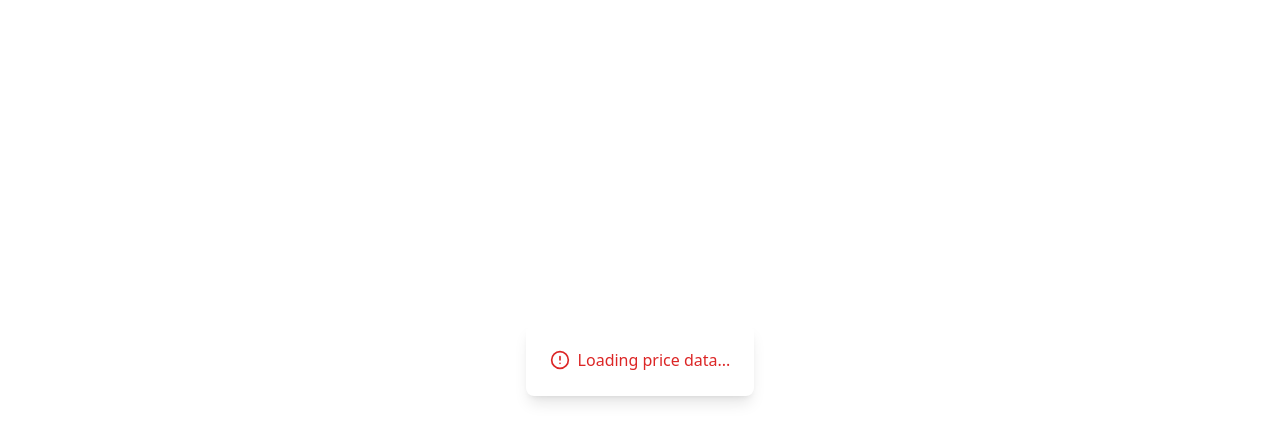
Repository: gpierre004/Stock_Analysis_Dashboard
Page: /
The author's editor kept a copy of each file at every save. The page is drawn from the files as they stood at one save, then again after the next save.
The browser window is 1280 px wide. The pictures show the whole page.
The page's requests for data from a server got no answer. The project was rebuilt for these pictures with package versions that can differ from the ones it lists, and the page was loaded fresh each time. No one was signed in, and anything a server would have sent is missing. Also part of the build but not shown: vite.config.ts, src/components/PriceChart.tsx, src/components/VolumeAnalysis.tsx, src/components/TechnicalSignals.tsx, src/components/common/ErrorCard.tsx, src/components/StockCard.tsx, src/components/CorrelationMatrix.tsx, src/components/Portfolio.tsx.

Above is the page before, as saved 2024-11-17 16:36:44.

### src/App.tsx
import React from 'react';
import { QueryClient, QueryClientProvider } from '@tanstack/react-query';
import { BrowserRouter as Router, Route, Routes } from 'react-router-dom';
import Dashboard from './components/Dashboard';
import Portfolio from './components/Portfolio'; // Import the Portfolio component

const queryClient = new QueryClient({
  defaultOptions: {
    queries: {
      retry: 3,
      staleTime: 30000,
      refetchOnWindowFocus: false,
      refetchOnMount: true,
      onError: (error) => {
        console.error('Query error:', error);
      },
    },
  },
});

function App() {
  return (
    <QueryClientProvider client={queryClient}>
      <Router>
        <Routes>
          <Route path="/" element={<Dashboard />} />
          <Route path="/portfolio" element={<Portfolio />} /> {/* Add the new route  */}
        </Routes>
      </Router>
    </QueryClientProvider>
  );
}

export default App;

### src/components/Dashboard.tsx
import React, { useState } from 'react';
import { GanttChartSquare } from 'lucide-react';
import StockCard from './StockCard';
import LoadingCard from './common/LoadingCard';
import ErrorCard from './common/ErrorCard';
import { CorrelationMatrix } from './CorrelationMatrix';
import { useLatestPrices, useCorrelations } from '../hooks/useStockData';
import { Link } from 'react-router-dom';

export const Dashboard = () => {
  const [isUpdating, setIsUpdating] = useState(false);
  const [updateError, setUpdateError] = useState<string | null>(null);

  const {
    data: latestPrices,
    isLoading: pricesLoading,
    error: pricesError,
    isError: isPricesError,
    refetch: refetchPrices
  } = useLatestPrices();

  const tickers = React.useMemo(() =>
    latestPrices?.map(price => price.CompanyTicker) || [],
    [latestPrices]
  );

  const {
    data: correlations,
    isLoading: correlationsLoading
  } = useCorrelations(tickers);

  const handleUpdatePrices = async () => {
    try {
      setIsUpdating(true);
      setUpdateError(null);

      console.log('Starting price update...');
      const response = await fetch('http://localhost:3000/api/stock-prices/update', {
        method: 'POST',
        headers: {
          'Content-Type': 'application/json'
        }
      });

      if (!response.ok) {
        const errorText = await response.text();
        throw new Error(`Failed to update stock prices: ${errorText}`);
      }

      const result = await response.json();
      console.log('Update response:', result);

      if (result.success) {
        alert(result.message);
        // Refresh the price data after successful update
        await refetchPrices();
      } else {
        throw new Error(result.message || 'Update failed');
      }
    } catch (error) {
      console.error('Error updating stock prices:', error);
      setUpdateError(error instanceof Error ? error.message : 'Error updating stock prices');
      alert(error instanceof Error ? error.message : 'Error updating stock prices');
    } finally {
      setIsUpdating(false);
    }
  };

  if (isPricesError) {
    return (
      <div className="min-h-screen flex items-center justify-center">
        <ErrorCard
          message={pricesError instanceof Error ? pricesError.message : 'Error loading price data'}
        />
      </div>
    );
  }

  if (pricesLoading) {
    return (
      <div className="min-h-screen flex items-center justify-center">
        <LoadingCard message="Loading price data..." />
      </div>
    );
  }

  if (!latestPrices?.length) {
    return (
      <div className="min-h-screen flex items-center justify-center">
        <ErrorCard message="No stock data available" />
      </div>
    );
  }

  return (
    <div className="min-h-screen bg-gray-100">
      <header className="bg-white shadow-sm">
        <div className="max-w-7xl mx-auto px-4 py-4 sm:px-6 lg:px-8">
          <div className="flex items-center justify-between">
            <div className="flex items-center gap-2">
              <GanttChartSquare className="w-8 h-8 text-blue-600" />
              <h1 className="text-2xl font-bold text-gray-900">Stock Analysis Dashboard</h1>
            </div>
            <nav>
              <Link to="/portfolio" className="text-blue-600 hover:underline">
                Portfolio
              </Link>
            </nav>
          </div>
          <div className="mt-4 space-y-2">
            <button
              onClick={handleUpdatePrices}
              disabled={isUpdating}
              className={`px-4 py-2 bg-blue-600 text-white rounded hover:bg-blue-700 disabled:bg-blue-400 disabled:cursor-not-allowed transition-colors duration-200`}
            >
              {isUpdating ? 'Updating Prices...' : 'Update Stock Prices'}
            </button>
            {updateError && (
              <div className="text-red-600 text-sm">{updateError}</div>
            )}
          </div>
        </div>
      </header>

      <main className="max-w-7xl mx-auto px-4 py-8 sm:px-6 lg:px-8">
        <div className="grid grid-cols-1 md:grid-cols-2 lg:grid-cols-3 gap-6">
          {latestPrices.map((price) => (
            <StockCard key={price.CompanyTicker} ticker={price.CompanyTicker} />
          ))}
        </div>

        {!correlationsLoading && correlations && correlations.length > 0 && (
          <div className="mt-6">
            <CorrelationMatrix correlations={correlations} />
          </div>
        )}
      </main>
    </div>
  );
};

export default Dashboard;

### src/components/common/LoadingCard.tsx
import React from 'react';
import { AlertCircle } from 'lucide-react';

interface ErrorCardProps {
  message: string;
  ticker?: string;
}

export const ErrorCard = ({ message, ticker }: ErrorCardProps) => {
  return (
    <div className="bg-white rounded-lg shadow-lg p-6">
      <div className="flex items-center gap-2 text-red-600">
        <AlertCircle className="w-5 h-5" />
        <div>{message || `Error loading data${ticker ? ` for ${ticker}` : ''}`}</div>
      </div>
    </div>
  );
};

export default ErrorCard;

### src/hooks/useStockData.ts
import { useQuery } from '@tanstack/react-query';

const API_BASE_URL = 'http://localhost:3000/api';

interface StockPrice {
  CompanyTicker: string;
  adjustedClose: number;
  volume: number;
  date: string;
}

interface VolumeAnalysisData {
  CompanyTicker: string;
  volume: number;
  avg_volume: number;
  vwap: number;
}

interface TechnicalIndicatorData {
  CompanyTicker: string;
  current_price: number;
  price_change_20d: number | null;
  sma20: number;
  avg_volume: number;
}

interface CorrelationData {
  ticker1: string;
  ticker2: string;
  correlation: number;
}

//Portfolio-related
interface PortfolioStock {
  ticker: string;
  total_invested: number;
  market_value: number;
  total_profit_loss: number;
  current_quantity : number;
  roi_percentage : number;
}

// Error handling with specific error types
class APIError extends Error {
  constructor(public status: number, message: string) {
    super(message);
    this.name = 'APIError';
  }
}

// Generic fetch function with improved error handling
const fetchData = async <T>(url: string): Promise<T> => {
  try {
    const response = await fetch(url);
    if (!response.ok) {
      const errorText = await response.text();
      throw new APIError(response.status, errorText);
    }
    return response.json();
  } catch (error) {
    if (error instanceof APIError) {
      throw error;
    }
    throw new Error('Network error occurred');
  }
};

// Constants for refetch intervals
const REFRESH_INTERVALS = {
  PRICE: 60000,    // 1 minute
  VOLUME: 60000,   // 1 minute
  TECHNICAL: 60000, // 1 minute
  CORRELATION: 300000 // 5 minutes
} as const;

export const useLatestPrices = () => {
  return useQuery<StockPrice[], APIError>({
    queryKey: ['latestPrices'],
    queryFn: () => fetchData(`${API_BASE_URL}/prices/latest`),
    refetchInterval: REFRESH_INTERVALS.PRICE,
    retry: 3,
    staleTime: 30000,
    select: (data) => data.map(price => ({
      ...price,
      adjustedClose: Number(price.adjustedClose),
      volume: Number(price.volume)
    }))
  });
};

export const useVolumeAnalysis = (ticker: string) => {
  return useQuery<VolumeAnalysisData, APIError>({
    queryKey: ['volumeAnalysis', ticker],
    queryFn: () => fetchData(`${API_BASE_URL}/analysis/volume/${ticker}`),
    enabled: Boolean(ticker),
    refetchInterval: REFRESH_INTERVALS.VOLUME,
    retry: 3,
    staleTime: 30000,
    select: (data) => ({
      ...data,
      volume: Number(data.volume),
      avg_volume: Number(data.avg_volume),
      vwap: Number(data.vwap)
    })
  });
};

export const useTechnicalIndicators = (ticker: string) => {
  return useQuery<TechnicalIndicatorData, APIError>({
    queryKey: ['technicalIndicators', ticker],
    queryFn: () => fetchData(`${API_BASE_URL}/analysis/technical/${ticker}`),
    enabled: Boolean(ticker),
    refetchInterval: REFRESH_INTERVALS.TECHNICAL,
    retry: 3,
    staleTime: 30000,
    select: (data) => ({
      ...data,
      current_price: Number(data.current_price),
      price_change_20d: data.price_change_20d !== null ? Number(data.price_change_20d) : null,
      sma20: Number(data.sma20),
      avg_volume: Number(data.avg_volume)
    })
  });
};

export const useCorrelations = (tickers: string[]) => {
  return useQuery<CorrelationData[], APIError>({
    queryKey: ['correlations', tickers],
    queryFn: async () => {
      if (!tickers.length) return [];
      return fetchData(`${API_BASE_URL}/analysis/correlations?tickers=${tickers.join(',')}`);
    },
    enabled: tickers.length > 0,
    refetchInterval: REFRESH_INTERVALS.CORRELATION,
    retry: 3,
    staleTime: 150000,
    select: (data) => data.map(correlation => ({
      ...correlation,
      correlation: Number(correlation.correlation)
    }))
  });
};

// Porfolio related
export const usePortfolioData = () => {
  return useQuery<PortfolioStock[], Error>({
    queryKey: ['portfolioData'],
    queryFn: async () => {
      const response = await fetch(`${API_BASE_URL}/portfolio`);
      if (!response.ok) {
        throw new Error('Failed to fetch portfolio data');
      }
      const data = await response.json();
      console.log('Portfolio Data:', data); // Log the data
      return data;
    },
    staleTime: 30000,
  });
};

Loaded but not shown: index.html (common file); src/main.tsx (common file); src/index.css (common file); tailwind.config.js (common file)

After the next save:
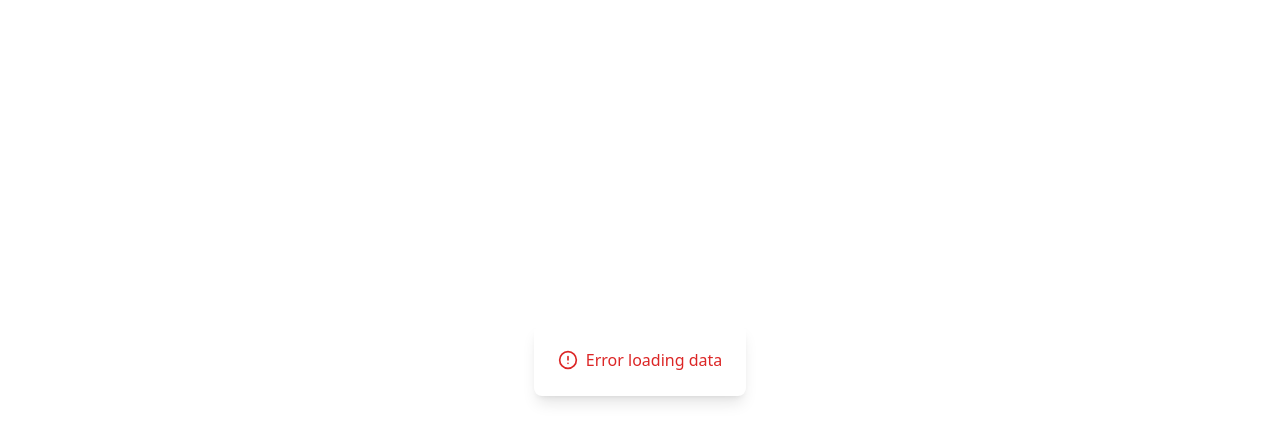
Saved 28 min 18 s later.
--- a/src/components/Dashboard.tsx
+++ b/src/components/Dashboard.tsx
@@ -1,22 +1,18 @@
-import React, { useState } from 'react';
+import React from 'react';
 import { GanttChartSquare } from 'lucide-react';
 import StockCard from './StockCard';
 import LoadingCard from './common/LoadingCard';
 import ErrorCard from './common/ErrorCard';
 import { CorrelationMatrix } from './CorrelationMatrix';
 import { useLatestPrices, useCorrelations } from '../hooks/useStockData';
-import { Link } from 'react-router-dom';
+import { Link } from 'react-router-dom'; // Import Link for navigation
 
 export const Dashboard = () => {
-  const [isUpdating, setIsUpdating] = useState(false);
-  const [updateError, setUpdateError] = useState<string | null>(null);
-
   const {
     data: latestPrices,
     isLoading: pricesLoading,
     error: pricesError,
-    isError: isPricesError,
-    refetch: refetchPrices
+    isError: isPricesError
   } = useLatestPrices();
 
   const tickers = React.useMemo(() =>
@@ -31,38 +27,17 @@ export const Dashboard = () => {
 
   const handleUpdatePrices = async () => {
     try {
-      setIsUpdating(true);
-      setUpdateError(null);
-
-      console.log('Starting price update...');
-      const response = await fetch('http://localhost:3000/api/stock-prices/update', {
-        method: 'POST',
-        headers: {
-          'Content-Type': 'application/json'
-        }
+      const response = await fetch('http://localhost:3000/api/stock-prices', {
+        method: 'GET', // Assuming the endpoint is a GET request
       });
-
       if (!response.ok) {
-        const errorText = await response.text();
-        throw new Error(`Failed to update stock prices: ${errorText}`);
+        throw new Error('Failed to update stock prices');
       }
-
-      const result = await response.json();
-      console.log('Update response:', result);
-
-      if (result.success) {
-        alert(result.message);
-        // Refresh the price data after successful update
-        await refetchPrices();
-      } else {
-        throw new Error(result.message || 'Update failed');
-      }
+      const result = await response.text();
+      alert(result); // Show success message
     } catch (error) {
       console.error('Error updating stock prices:', error);
-      setUpdateError(error instanceof Error ? error.message : 'Error updating stock prices');
-      alert(error instanceof Error ? error.message : 'Error updating stock prices');
-    } finally {
-      setIsUpdating(false);
+      alert('Error updating stock prices');
     }
   };
 
@@ -79,7 +54,7 @@ export const Dashboard = () => {
   if (pricesLoading) {
     return (
       <div className="min-h-screen flex items-center justify-center">
-        <LoadingCard message="Loading price data..." />
+        <LoadingCard message={''} />
       </div>
     );
   }
@@ -107,18 +82,12 @@ export const Dashboard = () => {
               </Link>
             </nav>
           </div>
-          <div className="mt-4 space-y-2">
-            <button
-              onClick={handleUpdatePrices}
-              disabled={isUpdating}
-              className={`px-4 py-2 bg-blue-600 text-white rounded hover:bg-blue-700 disabled:bg-blue-400 disabled:cursor-not-allowed transition-colors duration-200`}
-            >
-              {isUpdating ? 'Updating Prices...' : 'Update Stock Prices'}
-            </button>
-            {updateError && (
-              <div className="text-red-600 text-sm">{updateError}</div>
-            )}
-          </div>
+          <button
+            onClick={handleUpdatePrices}
+            className="mt-4 px-4 py-2 bg-blue-600 text-white rounded hover:bg-blue-700"
+          >
+            Update Stock Prices
+          </button>
         </div>
       </header>
 
